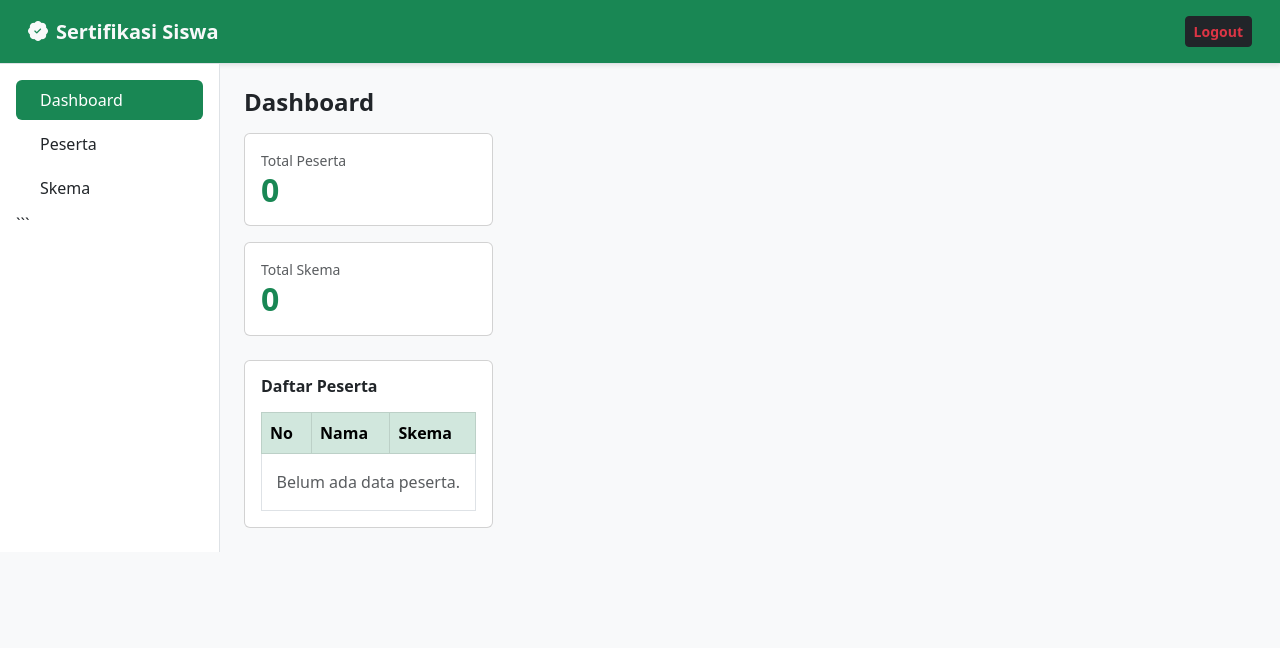
Repository: Zaki-Blip/USK_Project
Page: http://localhost/dashboard
An editor plug-in stored every save of this project. The page is shown before and after the next save, followed by the edit.
The browser window is 1280 px wide. The pictures show the whole page.
The page is served by the project's Laravel application, run on PHP 8.4 with Laravel 12. A made-up administrator, Test User (test@example.com), is signed in. Queries for data that is not in the repository find no rows.

Above is the page before, as saved 2026-10-13 20:31:52.

After the next save:
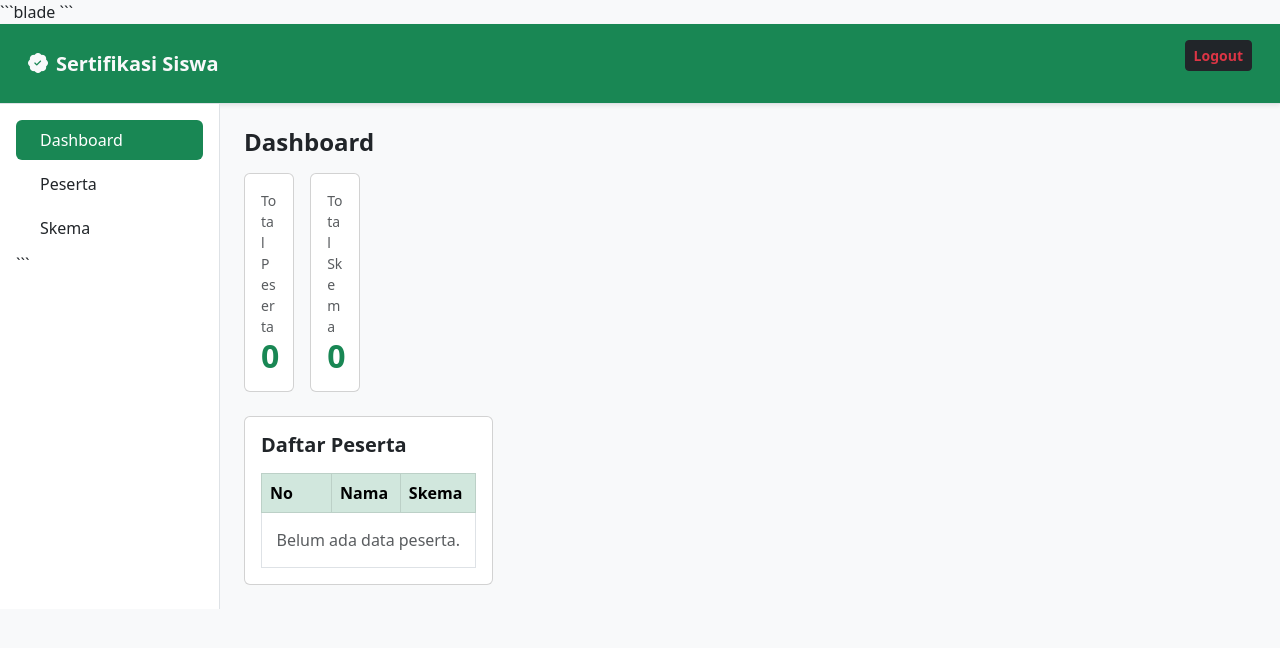
Saved 84 s later.
--- a/resources/views/admin/dashboard.blade.php
+++ b/resources/views/admin/dashboard.blade.php
@@ -1,48 +1,59 @@
+```blade
 @extends('layouts.app')
 @section('title', 'Dashboard')
 @section('content')
 
 <h4 class="fw-bold mb-3">Dashboard</h4>
 
+{{-- Statistik --}}
 <div class="row g-3 mb-4">
-    <div class="col-12">
-        <div class="card p-3">
+    <div class="col-12 col-md-6 col-lg-3">
+        <div class="card p-3 h-100">
             <small class="text-muted">Total Peserta</small>
             <h2 class="text-success fw-bold mb-0">{{ $totalPeserta }}</h2>
         </div>
     </div>
-    <div class="col-12">
-        <div class="card p-3">
+
+    <div class="col-12 col-md-6 col-lg-3">
+        <div class="card p-3 h-100">
             <small class="text-muted">Total Skema</small>
             <h2 class="text-success fw-bold mb-0">{{ $totalSkema }}</h2>
         </div>
     </div>
 </div>
 
+{{-- Tabel Peserta --}}
 <div class="card p-3">
-    <h6 class="fw-bold mb-3">Daftar Peserta</h6>
-    <table class="table table-bordered table-hover mb-0">
-        <thead class="table-success">
-            <tr>
-                <th width="50">No</th>
-                <th>Nama</th>
-                <th>Skema</th>
-            </tr>
-        </thead>
-        <tbody>
-            @forelse($pesertas as $i => $p)
+    <h5 class="fw-bold mb-3">Daftar Peserta</h5>
+
+    <div class="table-responsive">
+        <table class="table table-bordered table-hover align-middle mb-0">
+            <thead class="table-success">
                 <tr>
-                    <td>{{ $i + 1 }}</td>
-                    <td>{{ $p->nama }}</td>
-                    <td>{{ $p->skema?->nama_skema ?? '-' }}</td>
+                    <th style="width: 70px;">No</th>
+                    <th>Nama</th>
+                    <th>Skema</th>
                 </tr>
-            @empty
-                <tr>
-                    <td colspan="4" class="text-center text-muted py-3">Belum ada data peserta.</td>
-                </tr>
-            @endforelse
-        </tbody>
-    </table>
+            </thead>
+
+            <tbody>
+                @forelse($pesertas as $i => $p)
+                    <tr>
+                        <td>{{ $i + 1 }}</td>
+                        <td>{{ $p->nama }}</td>
+                        <td>{{ $p->skema?->nama_skema ?? '-' }}</td>
+                    </tr>
+                @empty
+                    <tr>
+                        <td colspan="3" class="text-center text-muted py-3">
+                            Belum ada data peserta.
+                        </td>
+                    </tr>
+                @endforelse
+            </tbody>
+        </table>
+    </div>
 </div>
 
 @endsection
+```
